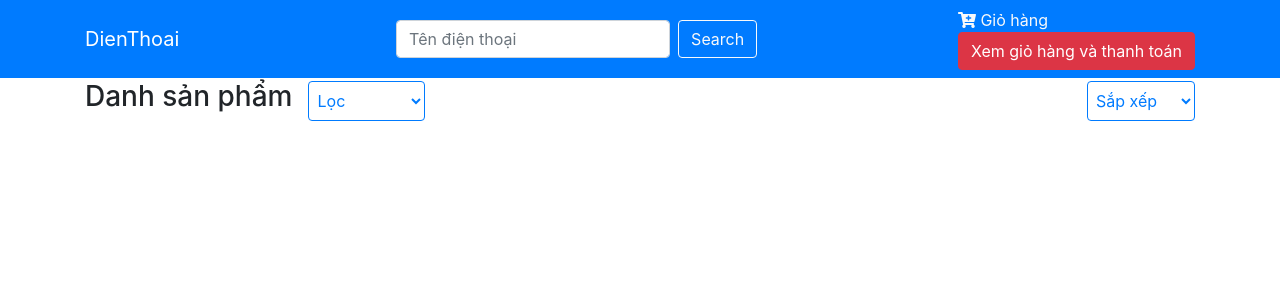
Repository: dovanthao2404/BC14_Bai_Tap_Ban_Dien_Thoai_dovanthao
Page: app/views/index.html
The author's editor kept a copy of each file at every save. The page is drawn from the files as they stood at one save, then again after the next save.
The browser window is 1280 px wide. The pictures show the whole page.
Some web libraries are served in a nearby version. The style sheet was rebuilt from its Sass, Less or Tailwind sources for each picture, by a compiler version that may differ from the author's.

Above is the page before, as saved 2021-08-14 16:00:45.
Console error (its wording comes from the project's code and is left out).

After the next save:
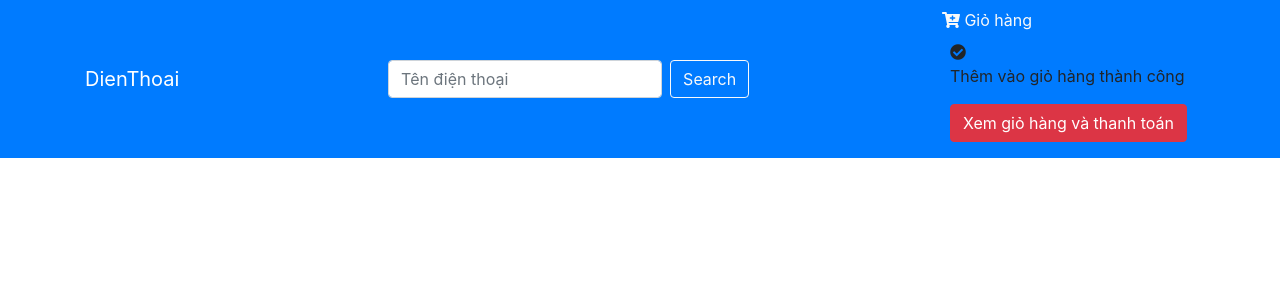
Saved 119 s later.
--- a/app/views/index.html
+++ b/app/views/index.html
@@ -48,9 +48,10 @@
           <a href="cart.html" class="text-light">
             <i class="fa fa-cart-plus"></i> Giỏ hàng
           </a>
-          <div class="notifiSuccess">
+          <div class="notifiSuccess p-2">
             <div>
-
+              <i class="fa fa-check-circle"></i>
+              <p>Thêm vào giỏ hàng thành công</p>
             </div>
             <button class="btn btn-danger w-100" data-target="cart.html">Xem giỏ hàng và thanh toán</button>
           </div>
